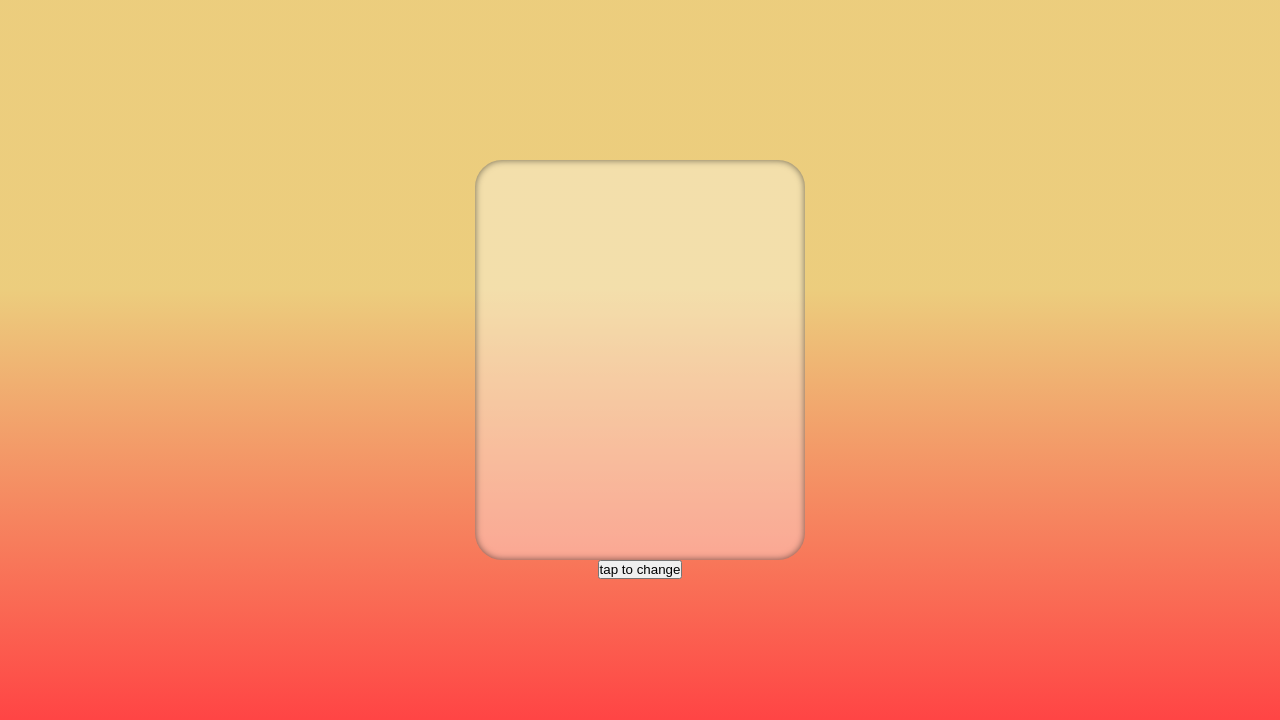
Repository: ThanhThn/profile
Page: index.html
An editor plug-in stored every save of this project. The page is shown before and after the next save, followed by the edit.
The browser window is 1280 px wide. The pictures show the whole page.

Above is the page before, as saved 2022-12-04 23:49:10.

### index.html
<!DOCTYPE html>
<html lang="en">
<head>
    <meta charset="UTF-8">
    <meta http-equiv="X-UA-Compatible" content="IE=edge">
    <meta name="viewport" content="width=device-width, initial-scale=1.0">
    <title>Document</title>
    <link rel="stylesheet" href="style.css">
</head>
<body>
    <div class="container">
        <div class="content"></div>
        <button class="btn">tap to change</button>
    </div>
</body>
</html>

### style.css
*{
    padding: 0;
    margin: 0;
    box-sizing: border-box;
}

body{
    background:  linear-gradient( to bottom, rgba(223, 172,39,60%) 40%, rgba(255,22,22,80%) 100% );
    width: 100%;
    height: 100vh;
}
.container{
    position: absolute;
    top: calc((100% - 400px)/2);
    left: calc((100% - 330px)/2);
    display: flex;
    flex-direction: column;
    align-items: center;
}

.content{
    width: 330px;
    height: 400px;
    background: rgba(255, 255, 255, 35%);
    border-radius: 27px;
    box-shadow: inset 0px 0px 7px rgba(0, 0, 0, 55%);
}

.btn{

}

After the next save:
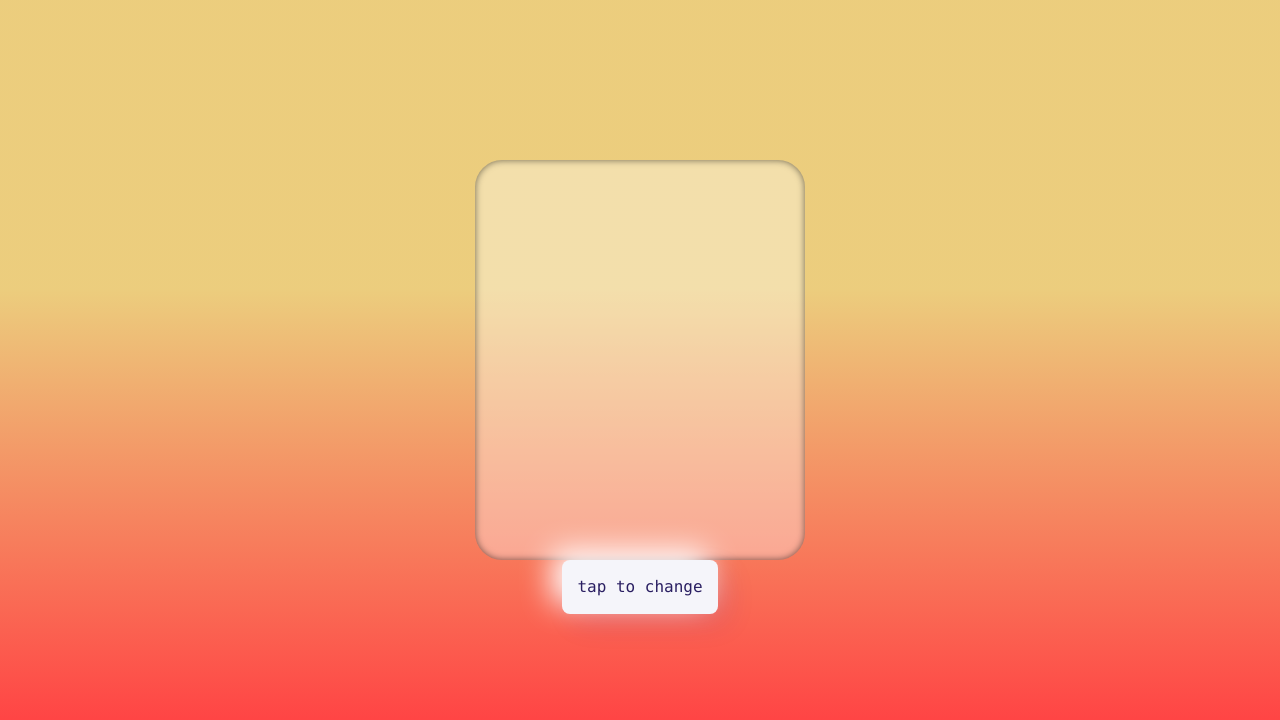
Saved 56 s later.
--- a/style.css
+++ b/style.css
@@ -27,5 +27,33 @@ body{
 }
 
 .btn{
+  align-items: center;
+  background: #f5f5fa;
+  border: 0;
+  border-radius: 8px;
+  box-shadow: -10px -10px 30px 0 #fff,10px 10px 30px 0 #1d0dca17;
+  box-sizing: border-box;
+  color: #2a1f62;
+  cursor: pointer;
+  display: flex;
+  font-family: "Cascadia Code",Consolas,Monaco,"Andale Mono","Ubuntu Mono",monospace;
+  font-size: 1rem;
+  justify-content: center;
+  line-height: 1.5rem;
+  padding: 15px;
+  position: relative;
+  text-align: left;
+  transition: .2s;
+  user-select: none;
+  -webkit-user-select: none;
+  touch-action: manipulation;
+  white-space: pre;
+  width: max-content;
+  word-break: normal;
+  word-spacing: normal;
+}
 
+.btn:hover {
+  background: #f8f8ff;
+  box-shadow: -15px -15px 30px 0 #fff, 15px 15px 30px 0 #1d0dca17;
 }
